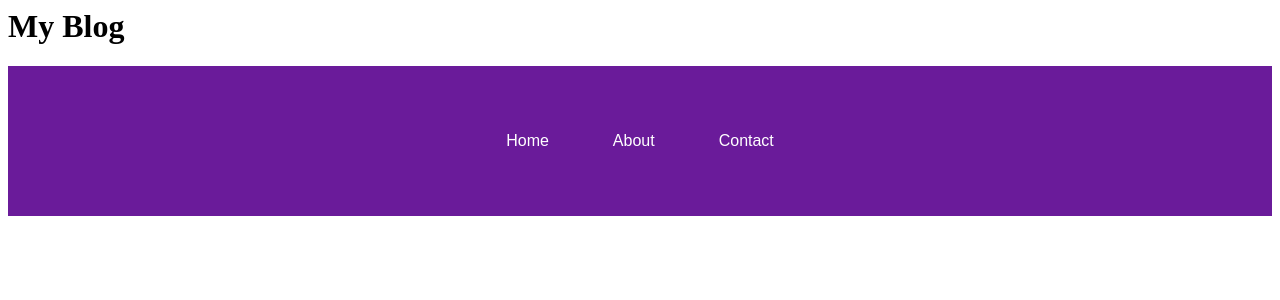
Repository: Femi007-gh/BLOG
Page: index.html
These files come from the project's save history. The page is drawn as it stood at one moment and after a run of saves; the edit follows.
The browser window is 1280 px wide. The pictures show the whole page.

Above is the page before, as saved 2025-01-08 07:29:15.

### index.html
<html>
  <head>
    <title>BLOG</title>
    <link rel="stylesheet" href="style.css">
  </head>
  <body>
    <header>
      <h1 class="head">My Blog</h1>
      <nav>
        <ul>
          <li><a href="#">Home</a></li>
          <li><a href="#">About</a></li>
          <li><a href="#">Contact</a></li>
        </ul>
      </nav>
    </header>
  </body>
</html>

### style.css
nav {
      background-color: #6a1b9a;
      height: 150px;
      flex-direction: column;
      display: flex;
      justify-content: center;
      align-items: center;
    }

    ul {
      list-style: none;
      margin-top: 1rem;
      padding: -0;
      display: flex;
      justify-content: center;
    }

    li {
      margin: 0 1rem;
    }

    a {
      color: white;
      text-decoration: none;
      font-family: Arial, sans-serif;
      padding: 1rem;
      display: block;
    }

    h1 {
      margin
    }

After the next 2 saves:
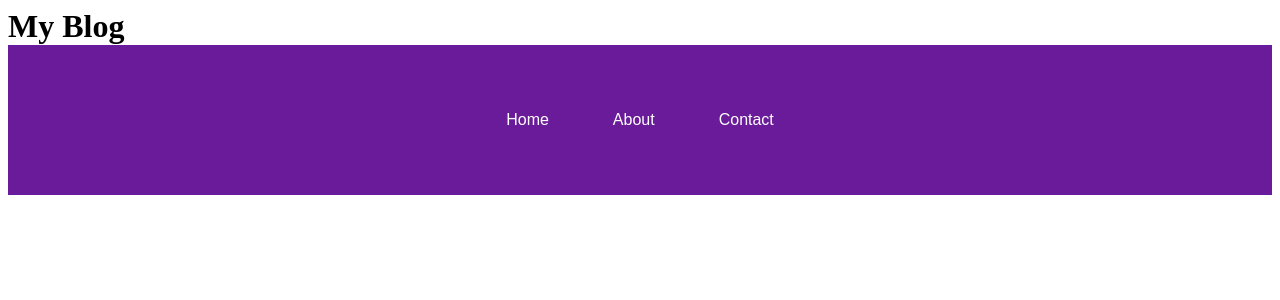
The 2 saves are shown as one change because they came seconds apart.
The last was saved 7 s later.
--- a/style.css
+++ b/style.css
@@ -28,5 +28,6 @@ nav {
     }
 
     h1 {
-      margin
+      margin: 0;
+
     }
